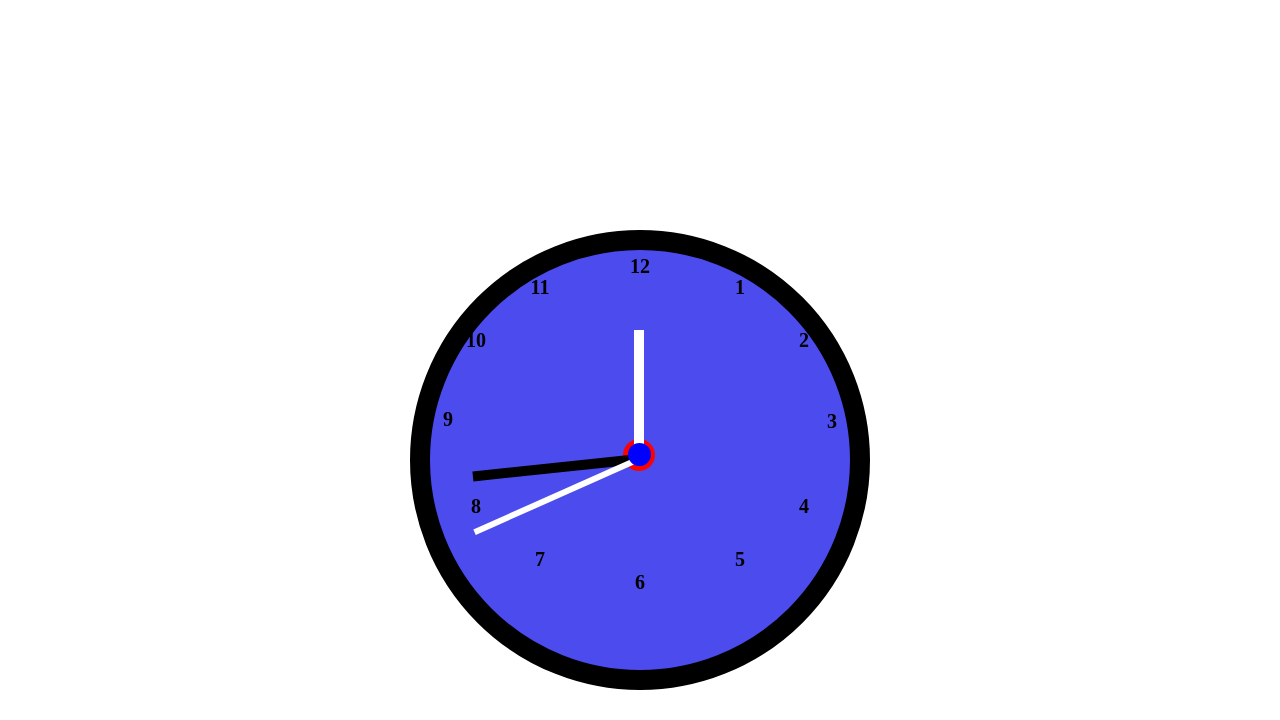
Repository: Eugene44-hub/Analog-clock
Page: index.html
These files come from the project's save history. The page is drawn as it stood at one moment and after the next save; the edit follows.
The browser window is 1280 px wide. The pictures show the whole page.

Above is the page before, as saved 2021-09-04 19:50:05.

After the next save:
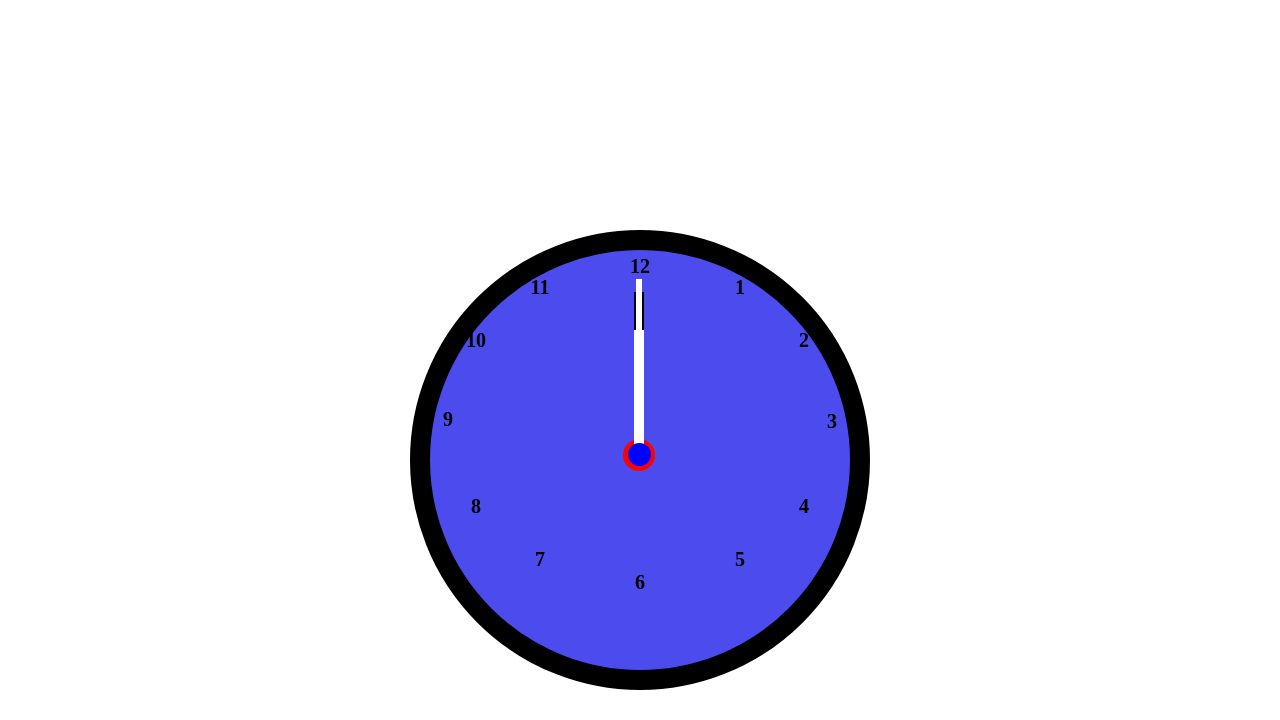
Console error: SyntaxError: Unexpected token '}'
Saved 7 min 0 s later.
--- a/app.js
+++ b/app.js
@@ -11,4 +11,4 @@
 console.log(hours)
 second.style.transform = ` rotate(${seconds*6}deg)`;
 minute.style.transform = `rotate(${minutes*6}deg)`;
-hour.style.transform = `rotate(${hours}deg)`;
+hour.style.transform = `rotate(${}deg)`;

After the save that followed:
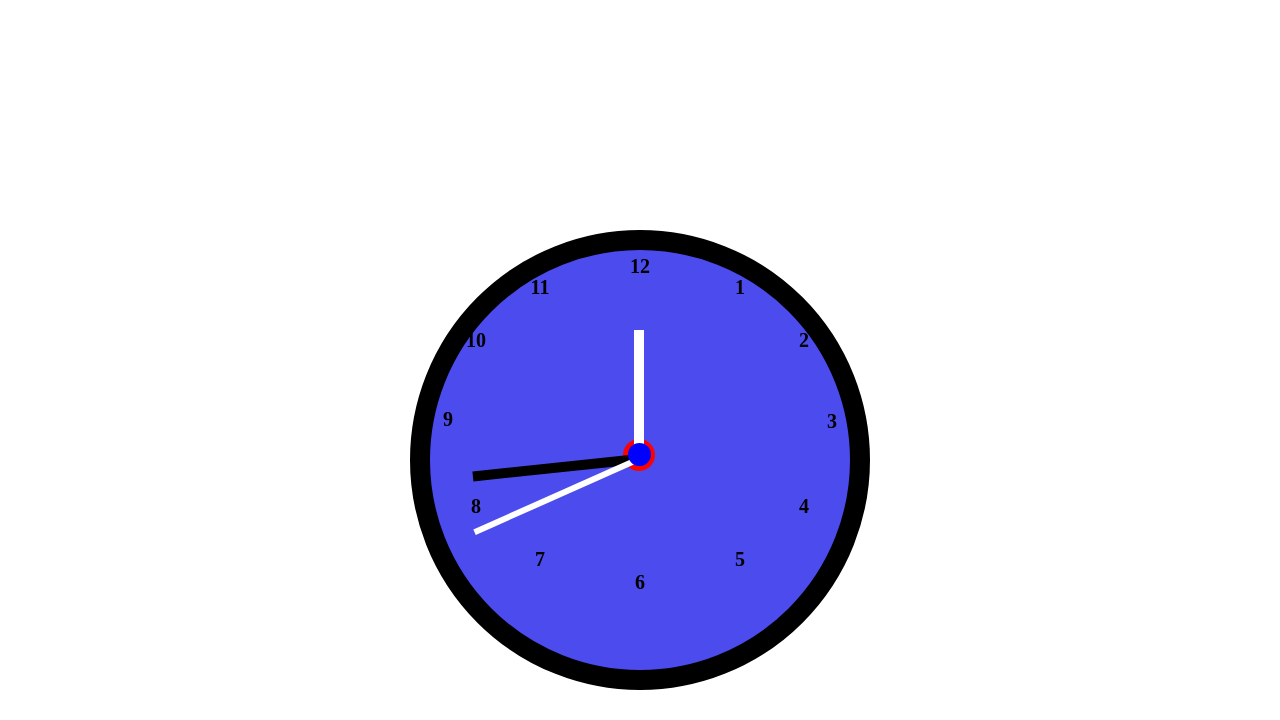
The error is gone.
Saved 9 s later.
--- a/app.js
+++ b/app.js
@@ -11,4 +11,4 @@
 console.log(hours)
 second.style.transform = ` rotate(${seconds*6}deg)`;
 minute.style.transform = `rotate(${minutes*6}deg)`;
-hour.style.transform = `rotate(${}deg)`;
+hour.style.transform = `rotate(${hours}deg)`;
